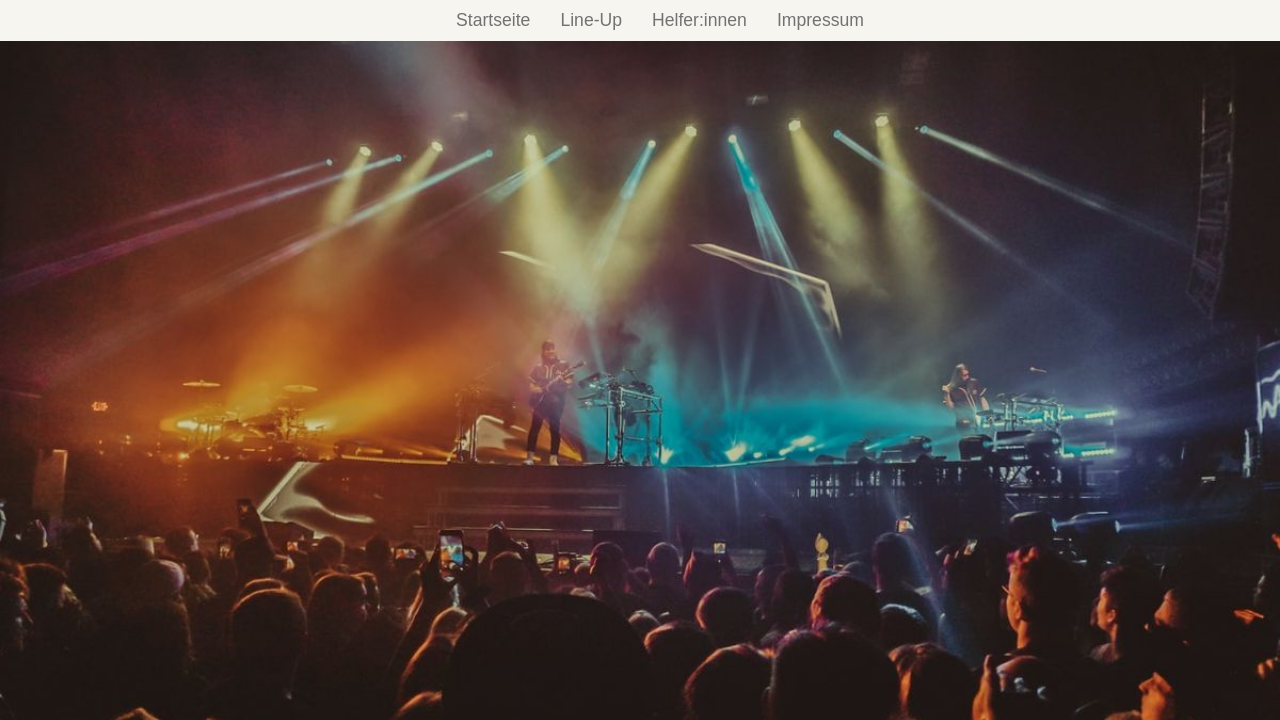
Repository: Hajimohammadi-KI/Web-Technologien
Page: index.html
These files come from the project's save history. The page is drawn as it stood at one moment and after a run of saves; the edit follows.
The browser window is 1280 px wide. The pictures show the whole page.

Above is the page before, as saved 2025-10-01 14:17:23.

After the next 3 saves:
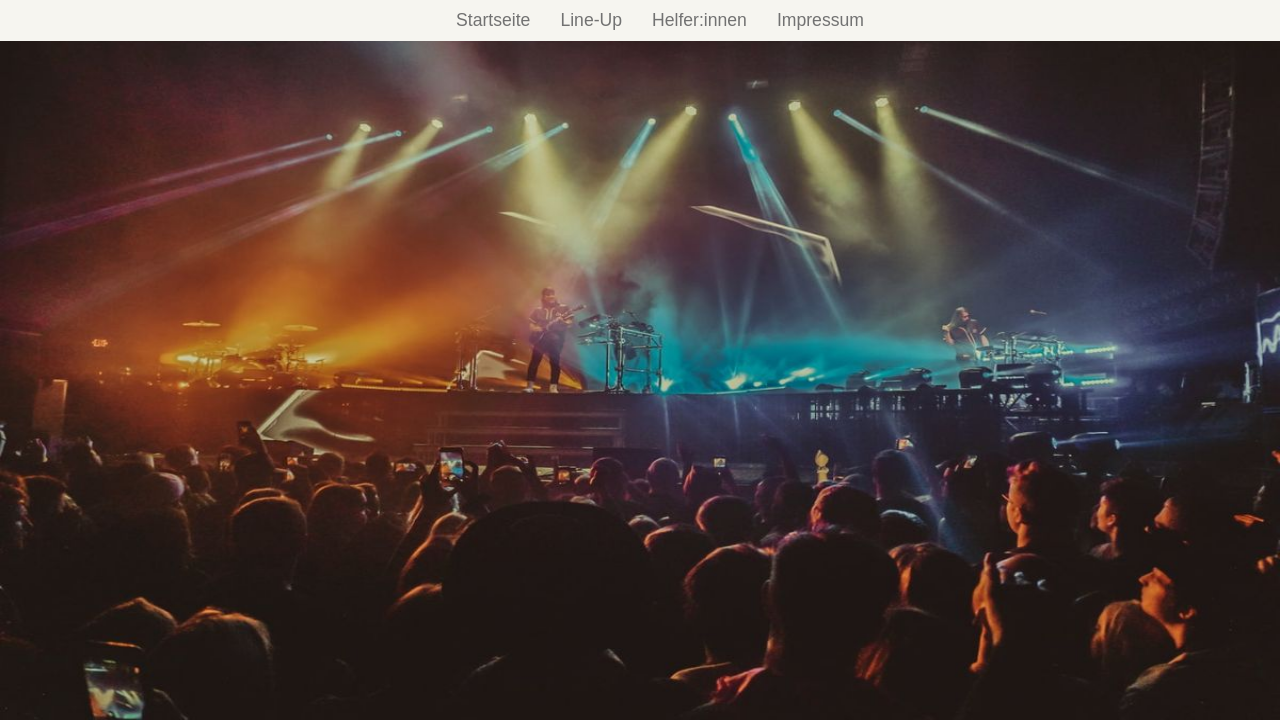
The 3 saves are shown as one change because they came seconds apart.
The last was saved 18 s later.
--- a/Style.css
+++ b/Style.css
@@ -9,7 +9,7 @@
 */
 img.responsive-img {
   width: 100vw; /* Die Breite (Breite=عرض) des Bildes ist immer gleich wie die des Elternelements (Elternelements=عنصر والد). */
-  height: auto; /* Das Seitenverhältnis (Seitenverhältnis=نسبت ابعاد) des Bildes bleibt erhalten. */
+  height: 100vh; /* Das Seitenverhältnis (Seitenverhältnis=نسبت ابعاد) des Bildes bleibt erhalten. */
   max-width: 100vw; /* Das Bild wird nie breiter als das Browserfenster (Browserfenster=پنجره مرورگر). */
   display: block; /* Entfernt zusätzlichen Platz (Platz=فضا) unter dem Bild. */
 }
